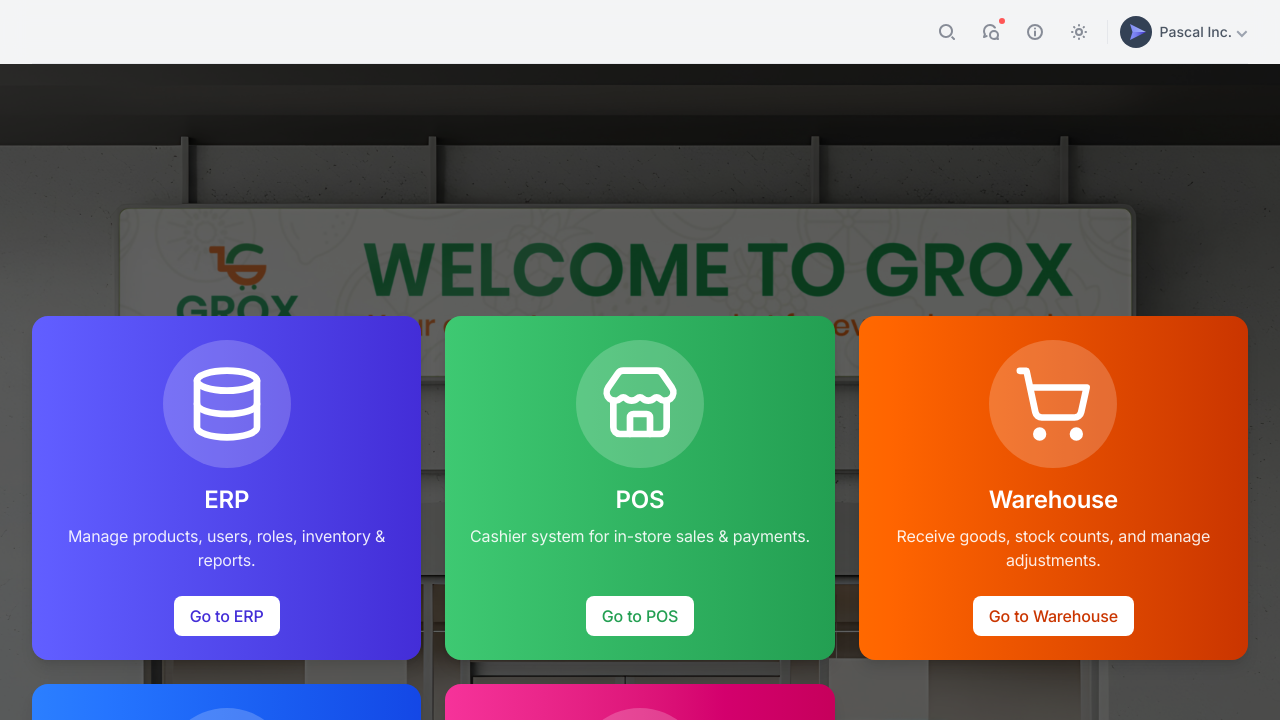
Repository: chykesure/grox-supermarket
Page: /
An editor plug-in stored every save of this project. The page is shown before and after the next save, followed by the edit.
The browser window is 1280 px wide. The pictures show the whole page.
An inner scrolling area shows only its first screen. The project was rebuilt for these pictures with package versions that can differ from the ones it lists, and the page was loaded fresh each time. Some packages were replaced by stand-ins written for this rebuild. Also part of the build but not shown: vite.config.js, src/partials/SidebarLinkGroup.jsx, src/partials/Sidebar.jsx, src/components/DropdownFilter.jsx, src/lib/utils.ts, src/components/ui/calendar.jsx, src/components/ui/popover.jsx, src/components/Datepicker.jsx and 66 more.

Above is the page before, as saved 2025-11-14 15:58:20.

### index.html
<!DOCTYPE html>
<html lang="en">
  <head>
    <meta charset="UTF-8" />
    <link rel="icon" type="image/svg+xml" href="/src/favicon.svg" />
    <meta name="viewport" content="width=device-width, initial-scale=1.0" />
    <title>Vite App</title>
    <script>
      if (localStorage.theme === 'dark' || !('theme' in localStorage)) {
        document.querySelector('html').classList.add('dark');
        document.querySelector('html').style.colorScheme = 'dark';
      } else {
        document.querySelector('html').classList.remove('dark');
        document.querySelector('html').style.colorScheme = 'light';
      }
    </script>
  </head>
  <body class="font-inter antialiased bg-gray-100 dark:bg-gray-900 text-gray-600 dark:text-gray-400">
    <noscript>You need to enable JavaScript to run this app.</noscript>
    <script>
        if (localStorage.getItem('sidebar-expanded') == 'true') {
            document.querySelector('body').classList.add('sidebar-expanded');
        } else {
            document.querySelector('body').classList.remove('sidebar-expanded');
        }
    </script>
    <div id="root"></div>
    <script type="module" src="/src/main.jsx"></script>
  </body>
</html>

### src/utils/ThemeContext.jsx
import { createContext, useContext, useState, useEffect } from 'react';

const ThemeContext = createContext({
  currentTheme: 'light',
  changeCurrentTheme: () => {},
});

export default function ThemeProvider({children}) {
  const persistedTheme = localStorage.getItem('theme');
  const [theme, setTheme] = useState(persistedTheme || 'light');

  const changeCurrentTheme = (newTheme) => {
    setTheme(newTheme);
    localStorage.setItem('theme', newTheme);
  };

  useEffect(() => {
    document.documentElement.classList.add('**:transition-none!');
    if (theme === 'light') {
      document.documentElement.classList.remove('dark');
      document.documentElement.style.colorScheme = 'light';
    } else {
      document.documentElement.classList.add('dark');
      document.documentElement.style.colorScheme = 'dark';
    }

    const transitionTimeout = setTimeout(() => {
      document.documentElement.classList.remove('**:transition-none!');
    }, 1);

    return () => clearTimeout(transitionTimeout);
  }, [theme]);

  return <ThemeContext.Provider value={{ currentTheme: theme, changeCurrentTheme }}>{children}</ThemeContext.Provider>;
}

export const useThemeProvider = () => useContext(ThemeContext);

### src/charts/ChartjsConfig.jsx
// Import Chart.js
import { Chart, Tooltip } from 'chart.js';
// Import Tailwind config
import { adjustColorOpacity, getCssVariable } from '../utils/Utils';

Chart.register(Tooltip);

// Define Chart.js default settings
Chart.defaults.font.family = '"Inter", sans-serif';
Chart.defaults.font.weight = 500;
Chart.defaults.plugins.tooltip.borderWidth = 1;
Chart.defaults.plugins.tooltip.displayColors = false;
Chart.defaults.plugins.tooltip.mode = 'nearest';
Chart.defaults.plugins.tooltip.intersect = false;
Chart.defaults.plugins.tooltip.position = 'nearest';
Chart.defaults.plugins.tooltip.caretSize = 0;
Chart.defaults.plugins.tooltip.caretPadding = 20;
Chart.defaults.plugins.tooltip.cornerRadius = 8;
Chart.defaults.plugins.tooltip.padding = 8;

// Function that generates a gradient for line charts
export const chartAreaGradient = (ctx, chartArea, colorStops) => {
  if (!ctx || !chartArea || !colorStops || colorStops.length === 0) {
    return 'transparent';
  }
  const gradient = ctx.createLinearGradient(0, chartArea.bottom, 0, chartArea.top);
  colorStops.forEach(({ stop, color }) => {
    gradient.addColorStop(stop, color);
  });
  return gradient;
};

export const chartColors = {
  textColor: {
    light: getCssVariable('--color-gray-400'),
    dark: getCssVariable('--color-gray-500'),
  },
  gridColor: {
    light: getCssVariable('--color-gray-100'),
    dark: adjustColorOpacity(getCssVariable('--color-gray-700'), 0.6),
  },
  backdropColor: {
    light: getCssVariable('--color-white'),
    dark: getCssVariable('--color-gray-800'),
  },
  tooltipTitleColor: {
    light: getCssVariable('--color-gray-800'),
    dark: getCssVariable('--color-gray-100'),
  },
  tooltipBodyColor : {
    light: getCssVariable('--color-gray-500'),
    dark: getCssVariable('--color-gray-400')
  },
  tooltipBgColor: {
    light: getCssVariable('--color-white'),
    dark: getCssVariable('--color-gray-700'),
  },
  tooltipBorderColor: {
    light: getCssVariable('--color-gray-200'),
    dark: getCssVariable('--color-gray-600'),
  },
};

### src/pages/Menu.jsx
import React, { useState } from "react";
import { Database, ShoppingCart, Truck, Store, Users } from "lucide-react";
import { Link } from "react-router-dom";
import { motion } from "framer-motion"; // <-- import motion for spinner
import Header from "../partials/Header";
import Banner from "../partials/Banner";

function Menu() {
  const [sidebarOpen, setSidebarOpen] = useState(false);
  const [loading, setLoading] = useState(false); // <-- loading state

  const modules = [
    {
      title: "ERP",
      description: "Manage products, users, roles, inventory & reports.",
      icon: Database,
      link: "/erp-login",
      gradient: "from-indigo-500 to-indigo-700",
      button: "text-indigo-700",
    },
    {
      title: "POS",
      description: "Cashier system for in-store sales & payments.",
      icon: Store,
      link: "/pos-login",
      gradient: "from-green-500 to-green-700",
      button: "text-green-700",
    },
    {
      title: "Warehouse",
      description: "Receive goods, stock counts, and manage adjustments.",
      icon: ShoppingCart,
      link: "/warehouse",
      gradient: "from-orange-500 to-orange-700",
      button: "text-orange-700",
    },
    {
      title: "E-commerce",
      description: "Customer portal for browsing and placing online orders.",
      icon: Users,
      link: "/ecommerce",
      gradient: "from-blue-500 to-blue-700",
      button: "text-blue-700",
    },
    {
      title: "Driver",
      description: "Delivery app for drivers to manage assigned orders.",
      icon: Truck,
      link: "/driver",
      gradient: "from-pink-500 to-pink-700",
      button: "text-pink-700",
    },
  ];

  // Example: simulate loading when clicking a module
  const handleModuleClick = (link) => {
    setLoading(true);
    setTimeout(() => {
      setLoading(false);
      window.location.href = link; // navigate after loading
    }, 1000);
  };

  return (
    <div className="flex h-screen overflow-hidden">
      {/* Overlay with Spinner */}
      {loading && (
        <div className="fixed inset-0 z-[9999] flex flex-col items-center justify-center bg-white/90 backdrop-blur-md">
          <motion.div
            className="h-16 w-16 border-4 border-t-blue-800 border-b-blue-500 rounded-full"
            animate={{ rotate: 360 }}
            transition={{ repeat: Infinity, duration: 1, ease: "linear" }}
          />
          <p className="mt-4 text-gray-700 font-medium text-lg animate-pulse text-center">
            Loading, please wait...
          </p>
        </div>
      )}

      <div className="relative flex flex-col flex-1 overflow-y-auto overflow-x-hidden">
        <Header sidebarOpen={sidebarOpen} setSidebarOpen={setSidebarOpen} />

        <main className="grow relative">
          <div
            className="absolute inset-0 bg-cover bg-center"
            style={{ backgroundImage: "url('/banner1.jpg')" }}
          >
            <div className="absolute inset-0 bg-black/60"></div>
          </div>

          <div className="relative z-10 px-4 sm:px-6 lg:px-8 py-8 w-full max-w-9xl mx-auto">
            <div className="grid grid-cols-1 sm:grid-cols-2 lg:grid-cols-3 gap-6 mt-55">
              {modules.map((mod) => (
                <div
                  key={mod.title}
                  className={`rounded-2xl shadow-lg p-6 flex flex-col items-center justify-between
                    bg-gradient-to-r ${mod.gradient} text-white
                    hover:scale-105 hover:shadow-2xl transition duration-300 ease-in-out`}
                >
                  <div className="flex flex-col items-center text-center">
                    <div className="p-4 bg-white/20 rounded-full mb-4 flex items-center justify-center w-24 h-24 sm:w-28 sm:h-28 lg:w-32 lg:h-32">
                      <mod.icon className="w-12 h-12 sm:w-16 sm:h-16 lg:w-20 lg:h-20 text-white" />
                    </div>

                    <h2 className="text-xl sm:text-2xl font-semibold mb-2">{mod.title}</h2>
                    <p className="text-sm sm:text-base opacity-90">{mod.description}</p>
                  </div>

                  {/* Button triggers loading overlay */}
                  <button
                    onClick={() => handleModuleClick(mod.link)}
                    className="mt-6 inline-block text-center bg-white font-medium
                      text-sm sm:text-base px-4 py-2 rounded-lg hover:bg-gray-100 transition"
                  >
                    <span className={mod.button}>Go to {mod.title}</span>
                  </button>
                </div>
              ))}
            </div>
          </div>
        </main>


      </div>
    </div>
  );
}

export default Menu;

### src/css/additional-styles/utility-patterns.css
/* Typography */
.h1 {
    @apply text-4xl font-extrabold tracking-tighter;
}

.h2 {
    @apply text-3xl font-extrabold tracking-tighter;
}

.h3 {
    @apply text-3xl font-extrabold;
}

.h4 {
    @apply text-2xl font-extrabold tracking-tight;
}

@media (width >= theme(--breakpoint-md)) {
    .h1 {
        @apply text-5xl;
    }

    .h2 {
        @apply text-4xl;
    }
}

/* Buttons */
.btn,
.btn-lg,
.btn-sm,
.btn-xs {
    @apply font-medium text-sm inline-flex items-center justify-center border border-transparent rounded-lg leading-5 shadow-xs transition;
}

.btn {
    @apply px-3 py-2;
}

.btn-lg {
    @apply px-4 py-3;
}

.btn-sm {
    @apply px-2 py-1;
}

.btn-xs {
    @apply px-2 py-0.5;
}

/* Forms */
input[type="search"]::-webkit-search-decoration,
input[type="search"]::-webkit-search-cancel-button,
input[type="search"]::-webkit-search-results-button,
input[type="search"]::-webkit-search-results-decoration {
  -webkit-appearance: none;
}

.form-input,
.form-textarea,
.form-multiselect,
.form-select,
.form-checkbox,
.form-radio {
    @apply bg-white dark:bg-gray-900/30 border focus:ring-0 focus:ring-offset-0 dark:disabled:bg-gray-700/30 dark:disabled:border-gray-700 dark:disabled:hover:border-gray-700;
}

.form-checkbox {
    @apply rounded-sm;
}

.form-input,
.form-textarea,
.form-multiselect,
.form-select {
    @apply text-sm text-gray-800 dark:text-gray-100 leading-5 py-2 px-3 border-gray-200 hover:border-gray-300 focus:border-gray-300 dark:border-gray-700/60 dark:hover:border-gray-600 dark:focus:border-gray-600 shadow-xs rounded-lg;
}

.form-input,
.form-textarea {
    @apply placeholder-gray-400 dark:placeholder-gray-500;
}

.form-select {
    @apply pr-10;
}

.form-checkbox,
.form-radio {
    @apply text-violet-500 checked:bg-violet-500 checked:border-transparent border border-gray-300 dark:border-gray-700/60 dark:checked:border-transparent focus-visible:ring-2 focus-visible:ring-violet-500/50;
}

/* Switch element */
.form-switch {
    @apply relative select-none;
    width: 44px;
}

.form-switch label {
    @apply block overflow-hidden cursor-pointer h-6 rounded-full;
}

.form-switch label > span:first-child {
    @apply absolute block rounded-full;
    width: 20px;
    height: 20px;
    top: 2px;
    left: 2px;
    right: 50%;
    transition: all .15s ease-out;
}

.form-switch input[type="checkbox"] + label {
  @apply bg-gray-400 dark:bg-gray-700;
}

.form-switch input[type="checkbox"]:checked + label {
  @apply bg-violet-500;
}

.form-switch input[type="checkbox"]:checked + label > span:first-child {
    left: 22px;
}

.form-switch input[type="checkbox"]:disabled + label {
    @apply cursor-not-allowed bg-gray-100 dark:bg-gray-700/20 border border-gray-200 dark:border-gray-700/60;
}

.form-switch input[type="checkbox"]:disabled + label > span:first-child {
    @apply bg-gray-400 dark:bg-gray-600;
}

/* Chrome, Safari and Opera */
.no-scrollbar::-webkit-scrollbar {
  display: none;
}

.no-scrollbar {
  -ms-overflow-style: none;  /* IE and Edge */
  scrollbar-width: none;  /* Firefox */
}

### src/components/ThemeToggle.jsx
import React from "react";
import { useThemeProvider } from "../utils/ThemeContext";

export default function ThemeToggle() {
  const { currentTheme, changeCurrentTheme } = useThemeProvider();

  return (
    <div>
      <input
        type="checkbox"
        name="light-switch"
        id="light-switch"
        className="light-switch sr-only"
        checked={currentTheme === "light"}
        onChange={() => changeCurrentTheme(currentTheme === "light" ? "dark" : "light")}
      />
      <label
        className="flex items-center justify-center cursor-pointer w-8 h-8 hover:bg-gray-100 lg:hover:bg-gray-200 dark:hover:bg-gray-700/50 dark:lg:hover:bg-gray-800 rounded-full"
        htmlFor="light-switch"
      >
        <svg
          className="dark:hidden fill-current text-gray-500/80 dark:text-gray-400/80"
          width={16}
          height={16}
          viewBox="0 0 16 16"
          xmlns="http://www.w3.org/2000/svg"
        >
          <path d="M8 0a1 1 0 0 1 1 1v.5a1 1 0 1 1-2 0V1a1 1 0 0 1 1-1Z" />
          <path d="M12 8a4 4 0 1 1-8 0 4 4 0 0 1 8 0Zm-4 2a2 2 0 1 0 0-4 2 2 0 0 0 0 4Z" />
          <path d="M13.657 3.757a1 1 0 0 0-1.414-1.414l-.354.354a1 1 0 0 0 1.414 1.414l.354-.354ZM13.5 8a1 1 0 0 1 1-1h.5a1 1 0 1 1 0 2h-.5a1 1 0 0 1-1-1ZM13.303 11.889a1 1 0 0 0-1.414 1.414l.354.354a1 1 0 0 0 1.414-1.414l-.354-.354ZM8 13.5a1 1 0 0 1 1 1v.5a1 1 0 1 1-2 0v-.5a1 1 0 0 1 1-1ZM4.111 13.303a1 1 0 1 0-1.414-1.414l-.354.354a1 1 0 1 0 1.414 1.414l.354-.354ZM0 8a1 1 0 0 1 1-1h.5a1 1 0 0 1 0 2H1a1 1 0 0 1-1-1ZM3.757 2.343a1 1 0 1 0-1.414 1.414l.354.354A1 1 0 1 0 4.11 2.697l-.354-.354Z" />
        </svg>
        <svg
          className="hidden dark:block fill-current text-gray-500/80 dark:text-gray-400/80"
          width={16}
          height={16}
          viewBox="0 0 16 16"
          xmlns="http://www.w3.org/2000/svg"
        >
          <path d="M11.875 4.375a.625.625 0 1 0 1.25 0c.001-.69.56-1.249 1.25-1.25a.625.625 0 1 0 0-1.25 1.252 1.252 0 0 1-1.25-1.25.625.625 0 1 0-1.25 0 1.252 1.252 0 0 1-1.25 1.25.625.625 0 1 0 0 1.25c.69.001 1.249.56 1.25 1.25Z" />
          <path d="M7.019 1.985a1.55 1.55 0 0 0-.483-1.36 1.44 1.44 0 0 0-1.53-.277C2.056 1.553 0 4.5 0 7.9 0 12.352 3.648 16 8.1 16c3.407 0 6.246-2.058 7.51-4.963a1.446 1.446 0 0 0-.25-1.55 1.554 1.554 0 0 0-1.372-.502c-4.01.552-7.539-2.987-6.97-7ZM2 7.9C2 5.64 3.193 3.664 4.961 2.6 4.82 7.245 8.72 11.158 13.36 11.04 12.265 12.822 10.341 14 8.1 14 4.752 14 2 11.248 2 7.9Z" />
        </svg>
        <span className="sr-only">Switch to light / dark version</span>
      </label>
    </div>
  );
}

Loaded but not shown: src/main.jsx (common file); src/utils/Utils.js (63 lines, source omitted); src/components/ModalSearch.jsx (260 lines, source omitted); src/components/DropdownNotifications.jsx (112 lines, source omitted); src/App.jsx (125 lines, source omitted); src/components/DropdownHelp.jsx (121 lines, source omitted); src/css/style.css (138 lines, source omitted); src/components/DropdownProfile.jsx (100 lines, source omitted); src/partials/Header.jsx (79 lines, source omitted); src/utils/Transition.jsx (116 lines, source omitted)

After the next save:
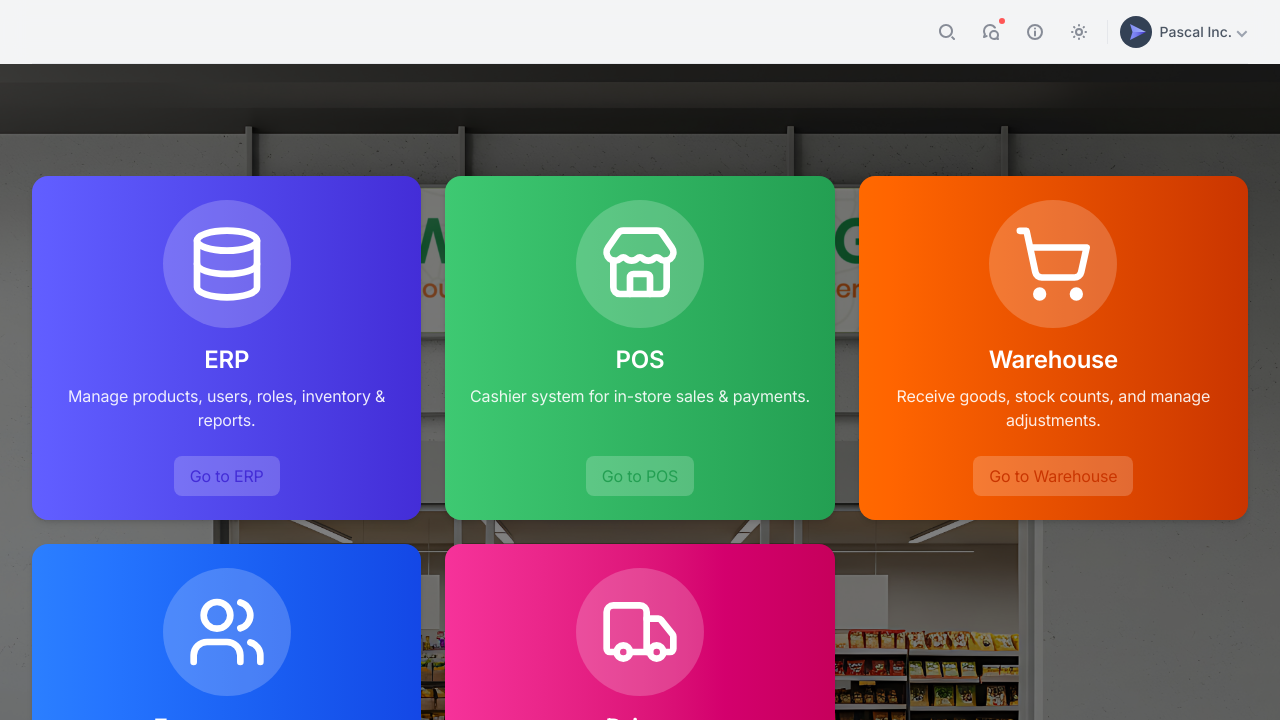
Saved 6 min 53 s later.
--- a/src/pages/Menu.jsx
+++ b/src/pages/Menu.jsx
@@ -1,13 +1,12 @@
 import React, { useState } from "react";
-import { Database, ShoppingCart, Truck, Store, Users } from "lucide-react";
-import { Link } from "react-router-dom";
-import { motion } from "framer-motion"; // <-- import motion for spinner
+import { Database, Store, ShoppingCart, Users, Truck } from "lucide-react";
+import { motion } from "framer-motion";
+import Swal from "sweetalert2";
 import Header from "../partials/Header";
-import Banner from "../partials/Banner";
 
 function Menu() {
   const [sidebarOpen, setSidebarOpen] = useState(false);
-  const [loading, setLoading] = useState(false); // <-- loading state
+  const [loading, setLoading] = useState(false);
 
   const modules = [
     {
@@ -16,7 +15,8 @@ function Menu() {
       icon: Database,
       link: "/erp-login",
       gradient: "from-indigo-500 to-indigo-700",
-      button: "text-indigo-700",
+      buttonColor: "text-indigo-700",
+      available: true,
     },
     {
       title: "POS",
@@ -24,7 +24,8 @@ function Menu() {
       icon: Store,
       link: "/pos-login",
       gradient: "from-green-500 to-green-700",
-      button: "text-green-700",
+      buttonColor: "text-green-700",
+      available: true,
     },
     {
       title: "Warehouse",
@@ -32,7 +33,8 @@ function Menu() {
       icon: ShoppingCart,
       link: "/warehouse",
       gradient: "from-orange-500 to-orange-700",
-      button: "text-orange-700",
+      buttonColor: "text-orange-700",
+      available: false,
     },
     {
       title: "E-commerce",
@@ -40,7 +42,8 @@ function Menu() {
       icon: Users,
       link: "/ecommerce",
       gradient: "from-blue-500 to-blue-700",
-      button: "text-blue-700",
+      buttonColor: "text-blue-700",
+      available: false,
     },
     {
       title: "Driver",
@@ -48,26 +51,36 @@ function Menu() {
       icon: Truck,
       link: "/driver",
       gradient: "from-pink-500 to-pink-700",
-      button: "text-pink-700",
+      buttonColor: "text-pink-700",
+      available: false,
     },
   ];
 
-  // Example: simulate loading when clicking a module
-  const handleModuleClick = (link) => {
+  const handleModuleClick = (mod) => {
+    if (!mod.available) {
+      Swal.fire({
+        title: "Coming Soon",
+        text: `${mod.title} module is under development!`,
+        icon: "info",
+        confirmButtonColor: "#3085d6",
+      });
+      return;
+    }
+
     setLoading(true);
     setTimeout(() => {
       setLoading(false);
-      window.location.href = link; // navigate after loading
-    }, 1000);
+      window.location.href = mod.link;
+    }, 800);
   };
 
   return (
-    <div className="flex h-screen overflow-hidden">
-      {/* Overlay with Spinner */}
+    <div className="flex h-screen overflow-hidden bg-gray-100">
+      {/* Loading Overlay */}
       {loading && (
-        <div className="fixed inset-0 z-[9999] flex flex-col items-center justify-center bg-white/90 backdrop-blur-md">
+        <div className="fixed inset-0 z-[9999] flex flex-col items-center justify-center bg-white/80 backdrop-blur-sm">
           <motion.div
-            className="h-16 w-16 border-4 border-t-blue-800 border-b-blue-500 rounded-full"
+            className="h-16 w-16 border-4 border-t-indigo-600 border-b-indigo-400 rounded-full"
             animate={{ rotate: 360 }}
             transition={{ repeat: Infinity, duration: 1, ease: "linear" }}
           />
@@ -81,46 +94,37 @@ function Menu() {
         <Header sidebarOpen={sidebarOpen} setSidebarOpen={setSidebarOpen} />
 
         <main className="grow relative">
-          <div
-            className="absolute inset-0 bg-cover bg-center"
-            style={{ backgroundImage: "url('/banner1.jpg')" }}
-          >
-            <div className="absolute inset-0 bg-black/60"></div>
+          <div className="absolute inset-0 bg-cover bg-center" style={{ backgroundImage: "url('/banner1.jpg')" }}>
+            <div className="absolute inset-0 bg-black/50"></div>
           </div>
 
           <div className="relative z-10 px-4 sm:px-6 lg:px-8 py-8 w-full max-w-9xl mx-auto">
-            <div className="grid grid-cols-1 sm:grid-cols-2 lg:grid-cols-3 gap-6 mt-55">
+            <div className="grid grid-cols-1 sm:grid-cols-2 lg:grid-cols-3 gap-6 mt-20">
               {modules.map((mod) => (
-                <div
+                <motion.div
                   key={mod.title}
-                  className={`rounded-2xl shadow-lg p-6 flex flex-col items-center justify-between
-                    bg-gradient-to-r ${mod.gradient} text-white
-                    hover:scale-105 hover:shadow-2xl transition duration-300 ease-in-out`}
+                  className={`rounded-2xl p-6 flex flex-col items-center justify-between text-white shadow-md transition-all duration-300 hover:shadow-xl bg-gradient-to-r ${mod.gradient}`}
+                  whileHover={{ scale: 1.05 }}
                 >
                   <div className="flex flex-col items-center text-center">
                     <div className="p-4 bg-white/20 rounded-full mb-4 flex items-center justify-center w-24 h-24 sm:w-28 sm:h-28 lg:w-32 lg:h-32">
                       <mod.icon className="w-12 h-12 sm:w-16 sm:h-16 lg:w-20 lg:h-20 text-white" />
                     </div>
-
-                    <h2 className="text-xl sm:text-2xl font-semibold mb-2">{mod.title}</h2>
-                    <p className="text-sm sm:text-base opacity-90">{mod.description}</p>
+                    <h2 className="text-xl sm:text-2xl font-semibold">{mod.title}</h2>
+                    <p className="text-sm sm:text-base opacity-90 mt-2">{mod.description}</p>
                   </div>
 
-                  {/* Button triggers loading overlay */}
                   <button
-                    onClick={() => handleModuleClick(mod.link)}
-                    className="mt-6 inline-block text-center bg-white font-medium
-                      text-sm sm:text-base px-4 py-2 rounded-lg hover:bg-gray-100 transition"
+                    onClick={() => handleModuleClick(mod)}
+                    className="mt-6 inline-block text-center bg-white/20 hover:bg-white/30 px-4 py-2 rounded-lg text-sm sm:text-base transition"
                   >
-                    <span className={mod.button}>Go to {mod.title}</span>
+                    <span className={mod.buttonColor}>Go to {mod.title}</span>
                   </button>
-                </div>
+                </motion.div>
               ))}
             </div>
           </div>
         </main>
-
-
       </div>
     </div>
   );
